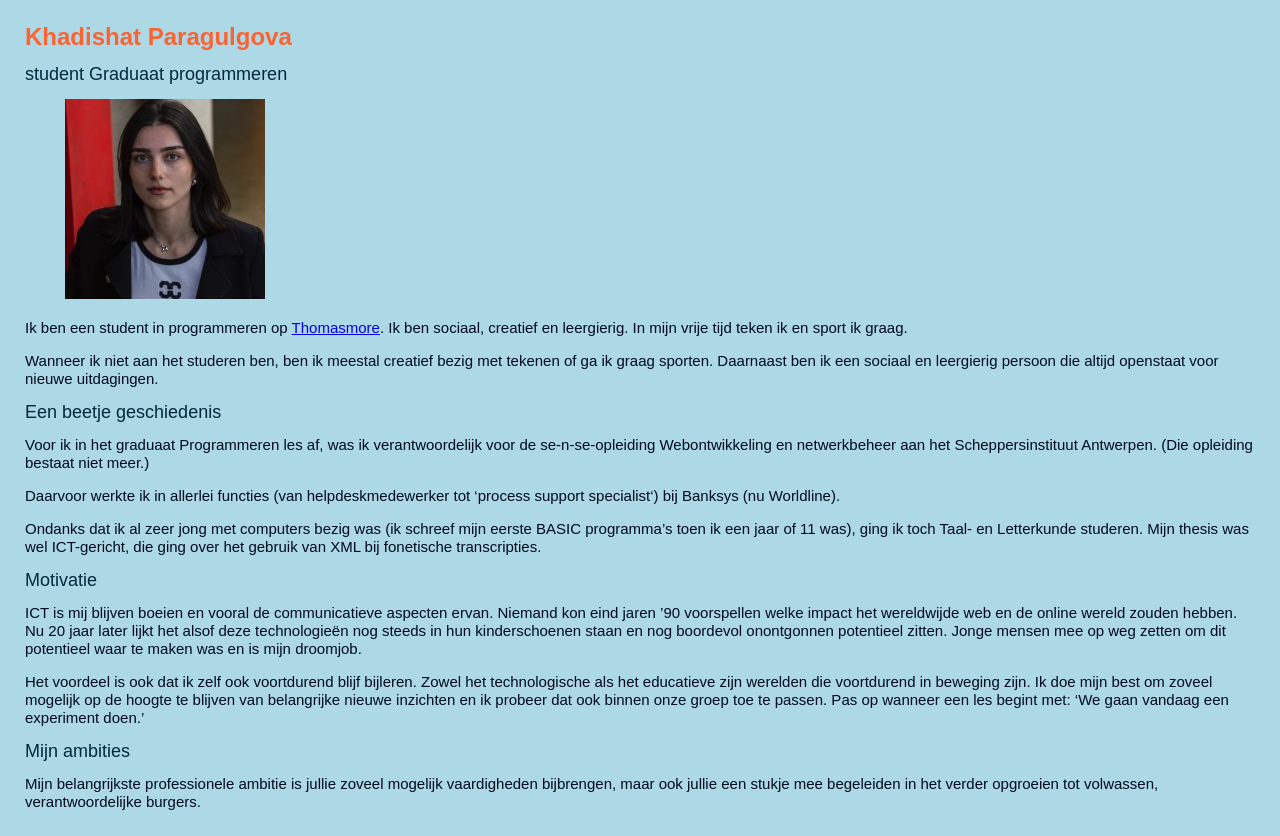
Repository: khadishat00/portfolio
Page: index.html
These files come from the project's save history. The page is drawn as it stood at one moment and after a run of saves; the edit follows.
The browser window is 1280 px wide. The pictures show the whole page.

Above is the page before, as saved 2026-09-24 14:51:18.

### index.html
<!doctype html>
<html lang="en">
  <head>
    <meta charset="UTF-8" />
    <meta name="viewport" content="width=device-width, initial-scale=1.0" />
    <title>portfolio</title>
  </head>
  <style>
    html {
      font-family: Arial, sans-serif;
    }
    body {
      background-color: lightblue;
      margin: 25px;
    }
    h1 {
      font-family: "Century Gothic", sans-serif;
      color: #fa6432;
      font-weight: bold;
      font-size: 24px;
      line-height: 24px;
    }
    h2 {
      font-family: "Century Gothic", sans-serif;
      color: #00283c;
      font-weight: normal;
      font-size: 18px;
      line-height: 18px;
    }
    p {
      font-family: Arial, sans-serif;
      color: #000a1e;
      font-size: 15px;
      line-height: 18px;
      font-weight: normal;
      padding:;
    }

    figure {
      display: block;
      margin-block-start: 1em;
      margin-block-end: 1em;
      margin-inline-start: 40px;
      margin-inline-end: 40px;
      unicode-bidi: isolate;
    }

    img {
      max-width: 100%;
    }
  </style>

  <body>
    <main>
      <h1>Khadishat Paragulgova</h1>
      <h2>student Graduaat programmeren</h2>
      <figure>
        <img src="profielfoto.jpg" alt="Mijn profielfoto" />
      </figure>
      <p>
        Ik ben een student in programmeren op
        <a href="https://thomasmore.be/nl">Thomasmore</a>. Ik ben sociaal,
        creatief en leergierig. In mijn vrije tijd teken ik en sport ik graag.
      </p>
      <p>
        Wanneer ik niet aan het studeren ben, ben ik meestal creatief bezig met
        tekenen of ga ik graag sporten. Daarnaast ben ik een sociaal en leergierig
        persoon die altijd openstaat voor nieuwe uitdagingen.
      </p>

      <h2>Een beetje geschiedenis</h2>
      <p>
        Voor ik in het graduaat Programmeren les af, was ik verantwoordelijk
        voor de se-n-se-opleiding Webontwikkeling en netwerkbeheer aan het
        Scheppersinstituut Antwerpen. (Die opleiding bestaat niet meer.)
      </p>
      <p>
        Daarvoor werkte ik in allerlei functies (van helpdeskmedewerker tot
        ‘process support specialist‘) bij Banksys (nu Worldline).
      </p>
      <p>
        Ondanks dat ik al zeer jong met computers bezig was (ik schreef mijn
        eerste BASIC programma’s toen ik een jaar of 11 was), ging ik toch Taal-
        en Letterkunde studeren. Mijn thesis was wel ICT-gericht, die ging over
        het gebruik van XML bij fonetische transcripties.
      </p>

      <h2>Motivatie</h2>
      <p>
        ICT is mij blijven boeien en vooral de communicatieve aspecten ervan.
        Niemand kon eind jaren ’90 voorspellen welke impact het wereldwijde web
        en de online wereld zouden hebben. Nu 20 jaar later lijkt het alsof deze
        technologieën nog steeds in hun kinderschoenen staan en nog boordevol
        onontgonnen potentieel zitten. Jonge mensen mee op weg zetten om dit
        potentieel waar te maken was en is mijn droomjob.
      </p>
      <p>
        Het voordeel is ook dat ik zelf ook voortdurend blijf bijleren. Zowel
        het technologische als het educatieve zijn werelden die voortdurend in
        beweging zijn. Ik doe mijn best om zoveel mogelijk op de hoogte te
        blijven van belangrijke nieuwe inzichten en ik probeer dat ook binnen
        onze groep toe te passen. Pas op wanneer een les begint met: ‘We gaan
        vandaag een experiment doen.’
      </p>

      <h2>Mijn ambities</h2>
      <p>
        Mijn belangrijkste professionele ambitie is jullie zoveel mogelijk
        vaardigheden bijbrengen, maar ook jullie een stukje mee begeleiden in
        het verder opgroeien tot volwassen, verantwoordelijke burgers.
      </p>
    </main>
  </body>
</html>

After the next 2 saves:
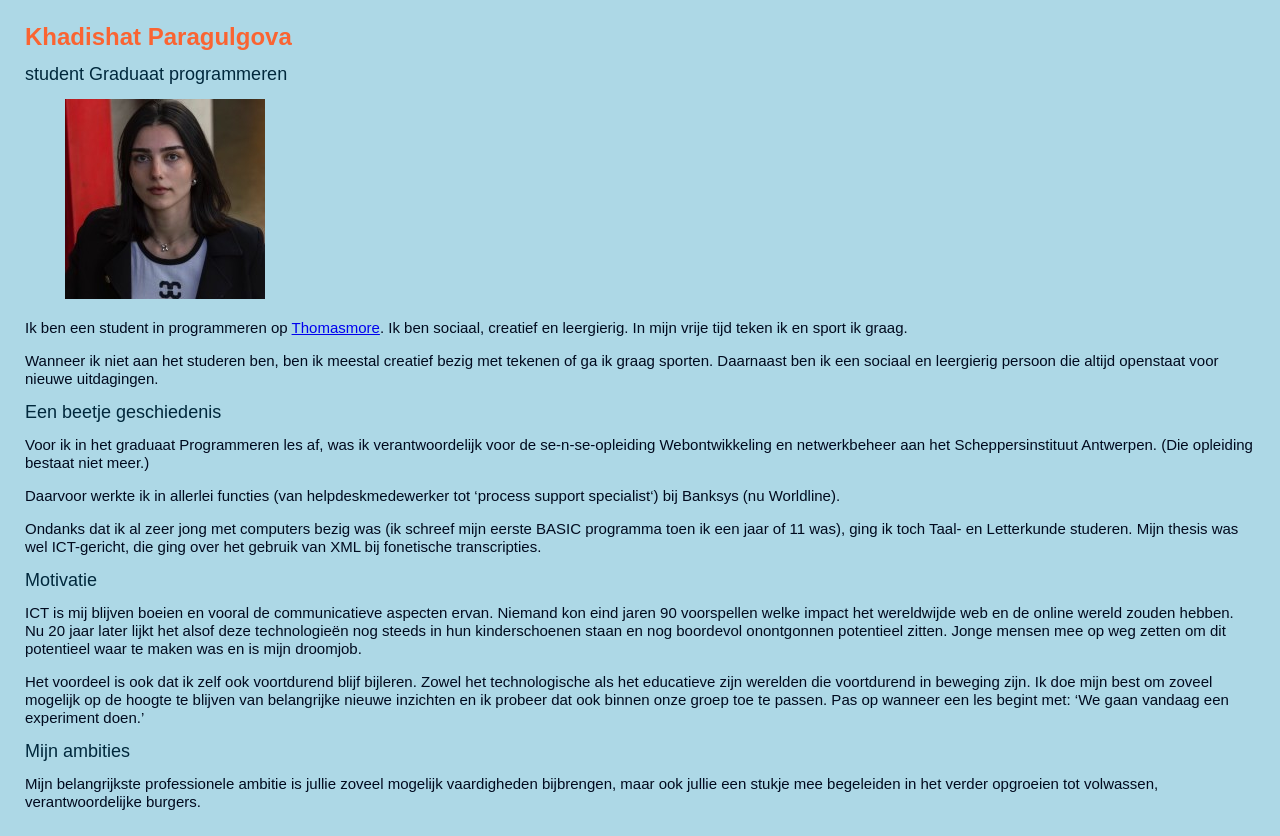
The 2 saves are shown as one change because they came seconds apart.
The last was saved 7 s later.
--- a/index.html
+++ b/index.html
@@ -80,7 +80,7 @@
       </p>
       <p>
         Ondanks dat ik al zeer jong met computers bezig was (ik schreef mijn
-        eerste BASIC programma’s toen ik een jaar of 11 was), ging ik toch Taal-
+        eerste BASIC programma toen ik een jaar of 11 was), ging ik toch Taal-
         en Letterkunde studeren. Mijn thesis was wel ICT-gericht, die ging over
         het gebruik van XML bij fonetische transcripties.
       </p>
@@ -88,7 +88,7 @@
       <h2>Motivatie</h2>
       <p>
         ICT is mij blijven boeien en vooral de communicatieve aspecten ervan.
-        Niemand kon eind jaren ’90 voorspellen welke impact het wereldwijde web
+        Niemand kon eind jaren 90 voorspellen welke impact het wereldwijde web
         en de online wereld zouden hebben. Nu 20 jaar later lijkt het alsof deze
         technologieën nog steeds in hun kinderschoenen staan en nog boordevol
         onontgonnen potentieel zitten. Jonge mensen mee op weg zetten om dit
